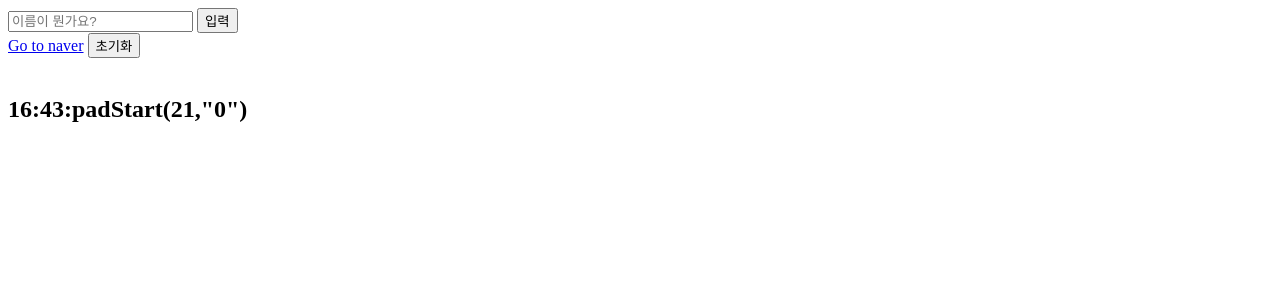
Repository: jun01270/F-E-practice
Page: index.html
The author's editor kept a copy of each file at every save. The page is drawn from the files as they stood at one save, then again after the next save.
The browser window is 1280 px wide. The pictures show the whole page.

Above is the page before, as saved 2022-12-22 18:02:32.

### index.html
<!DOCTYPE html>
<html lang="en">
  <head>
    <meta charset="UTF-8" />
    <meta http-equiv="X-UA-Compatible" content="IE=edge" />
    <meta name="viewport" content="width=device-width, initial-scale=1.0" />
    <link rel="stylesheet" href="/css/style.css" />
    <title>Document</title>
  </head>
  <body>
    <form id="userName-form" class="hidden">
      <input required type="text" placeholder="이름이 뭔가요?" />
      <input type="submit" value="입력" />
    </form>
    <div>
      <a href="https://naver.com">Go to naver</a>
      <h1 id="result" class="hidden"></h1>
      <button class="boom">초기화</button>
    </div>
    <br />
    <h2 id="clock">00:00</h2>
    <script src="/js/greeting.js"></script>
    <script src="/js/clock.js"></script>
  </body>
</html>

### js/greeting.js
const userNameBtn = document.querySelector("#userName-form submit");
const userName = document.querySelector("#userName-form input");
const loginForm = document.querySelector("#userName-form");
const firstH1 = document.getElementById("result");
const SavedUserName = localStorage.getItem("username");
const HIDDEN_CLASSNAME = "hidden";
const toStart = document.querySelector("button.boom");

function loginResult(e) {
  e.preventDefault();
  loginForm.classList.add(HIDDEN_CLASSNAME);
  const userName1 = userName.value;
  localStorage.setItem("username", userName1);
  paintUserName();
}

function paintUserName() {
  const userName1 = localStorage.getItem("username");
  firstH1.innerText = `Hello ${userName1}`;
  firstH1.classList.remove(HIDDEN_CLASSNAME);
}

if (SavedUserName === null) {
  loginForm.classList.remove(HIDDEN_CLASSNAME);
  loginForm.addEventListener("submit", loginResult);
} else {
  paintUserName();
}

function deleteUserName() {
  localStorage.removeItem("username");
  location.reload();
}

toStart.addEventListener("click", deleteUserName);
console.log(toStart.className);

### js/clock.js
const clock = document.querySelector("h2#clock");

function getClock() {
  const date = new Date();
  console.log(`${date.getHours()}:${date.getMinutes()}:${date.getSeconds()}`);
  clock.innerText = `${date.getHours()}:${date.getMinutes()}:padStart(${date.getSeconds()},"0")`;
}

getClock();
setInterval(getClock, 1000);

Loaded but not shown: css/style.css (common file)

After the next save:
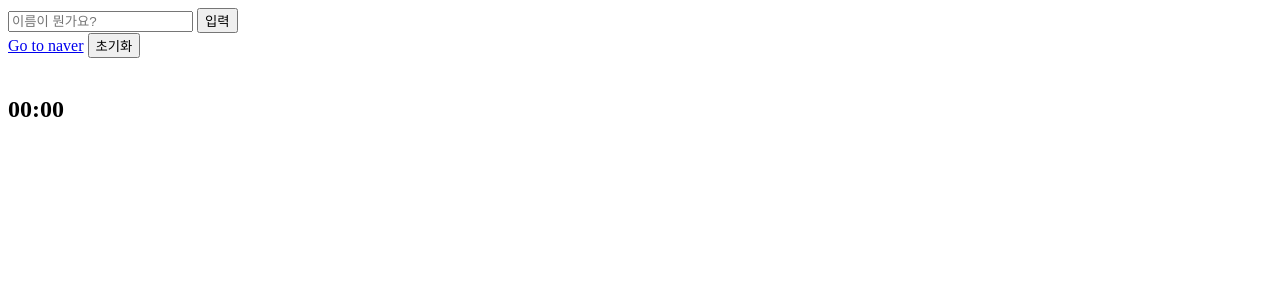
Console error: ReferenceError: string is not defined
Saved 5 min 6 s later.
--- a/js/clock.js
+++ b/js/clock.js
@@ -2,8 +2,11 @@
 
 function getClock() {
   const date = new Date();
+  let Hours = string(padStart(date.getHours(), "0"));
+  let Minutes = string(padStart(date.getMinutes(), "0"));
+  let Seconds = string(padStart(date.getSeconds(), "0"));
   console.log(`${date.getHours()}:${date.getMinutes()}:${date.getSeconds()}`);
-  clock.innerText = `${date.getHours()}:${date.getMinutes()}:padStart(${date.getSeconds()},"0")`;
+  clock.innerText = `${Hours}:${Minutes}:${Seconds})`;
 }
 
 getClock();

After the 5 saves that followed:
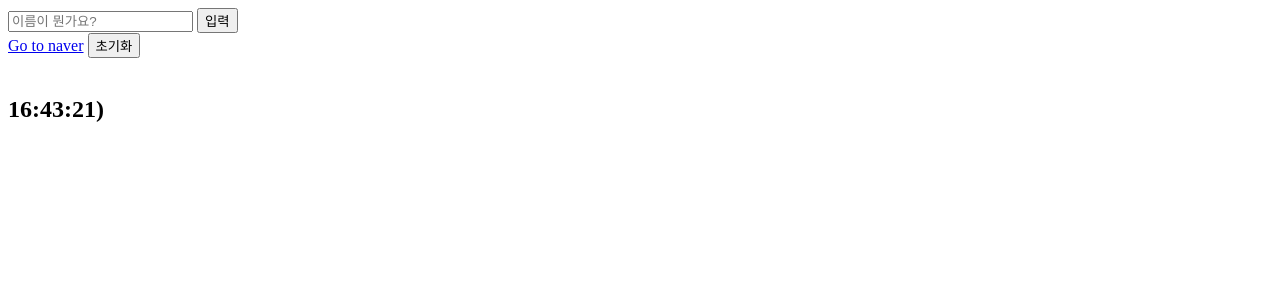
The error is gone.
The 5 saves are shown as one change because 4 left the picture as it was.
The last was saved 2 min 47 s later.
--- a/js/clock.js
+++ b/js/clock.js
@@ -2,9 +2,9 @@
 
 function getClock() {
   const date = new Date();
-  let Hours = string(padStart(date.getHours(), "0"));
-  let Minutes = string(padStart(date.getMinutes(), "0"));
-  let Seconds = string(padStart(date.getSeconds(), "0"));
+  let Hours = String(date.getHours()).padStart(2, "0");
+  let Minutes = String(date.getMinutes()).padStart(2, "0");
+  let Seconds = String(date.getSeconds()).padStart(2, "0");
   console.log(`${date.getHours()}:${date.getMinutes()}:${date.getSeconds()}`);
   clock.innerText = `${Hours}:${Minutes}:${Seconds})`;
 }
